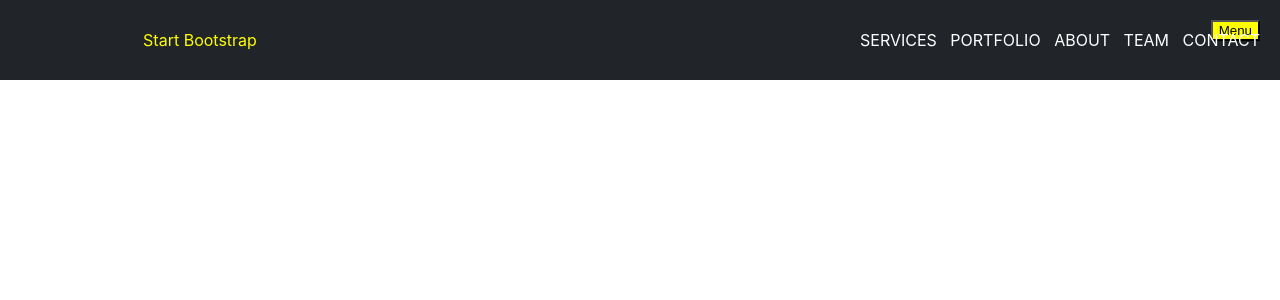
Repository: ooter37/media-queries-afternoon
Page: / (app in portfolio-clone/)
These files come from the project's save history. The page is drawn as it stood at one moment and after the next save; the edit follows.
The browser window is 1280 px wide. The pictures show the whole page.
The project was rebuilt for these pictures with package versions that can differ from the ones it lists, and the page was loaded fresh each time.

Above is the page before, as saved 2020-04-13 14:34:44.

### portfolio-clone/src/App.js
import React from 'react';
import './App.css';
import Banner from './Components/Banner'

function App() {
  return (
    <div className="App">
      <Banner />
    </div>
  );
}

export default App;

### portfolio-clone/src/App.css
body {
  width: 100vw;
}

.header {
  width: 100%;
  height: 80px;
  background-color: #212529;
  position: fixed;
  top: 0;
  right: 0;
  left: 0;
}

header > div {
  height: 100%;
  width: 100vw;
  max-width: 1000px;
  padding: 0 20px;
  margin: 0 auto;
  display: flex;
  justify-content: space-between;
  align-items: center;
}
.menu-button {
  background-color: yellow;
  position: fixed;
  top: 20px;
  right: 20px;
}

.buttons {
  width: 400px;
	display: flex;
	flex-direction: row;
	justify-content: space-between;
  align-items: center;
  position: fixed;
  top: 30px;
  right: 20px;
  color: white;
  font-weight: 400;
}
.buttons-background {
  width: 100vw;
  height: 400px;
}

.start-bootstrap {
  width: 400px;
  display: flex;
  justify-content: center;
  position: fixed;
  top: 30px;
  left: 0px;
  color: yellow;
}

@media screen and (max-width: 991px) {
  .buttons-background {
    background-color: #212529;
  }
  .buttons {
    flex-direction: column;
    align-items: baseline;
    justify-content: space-around;
    min-width: 300px;
    height: 150px;
    left: 147px;
    top: 50px;

  }

}

### portfolio-clone/src/Components/Banner.js
import React from "react";

export default class Banner extends React.Component {
  constructor() {
    super();
    this.state = {
      hideSidebar: false,
    };
  }

  toggleSidebar() {
    this.setState((prev) => {
      return {
        hideSidebar: !prev.hideSidebar,
      };
    });
  }
  render() {
    return (
      <header className="header">
        <div>
          <div className="start-bootstrap">Start Bootstrap</div>
            <button className="menu-button" onClick={() => this.toggleSidebar()}>Menu</button>
          <nav className={this.state.toggleSidebar ? "navbar" : ""}>
            <div className='buttons-background'>
                <div className="buttons">
                <div>SERVICES</div>
                <div>PORTFOLIO</div>
                <div>ABOUT</div>
                <div>TEAM</div>
                <div>CONTACT</div>
                </div>
            </div>
          </nav>
        </div>
      </header>
    );
  }
}

Loaded but not shown: portfolio-clone/public/index.html (common file); portfolio-clone/src/index.js (common file); portfolio-clone/src/index.css (common file); portfolio-clone/src/serviceWorker.js (common file)

After the next save:
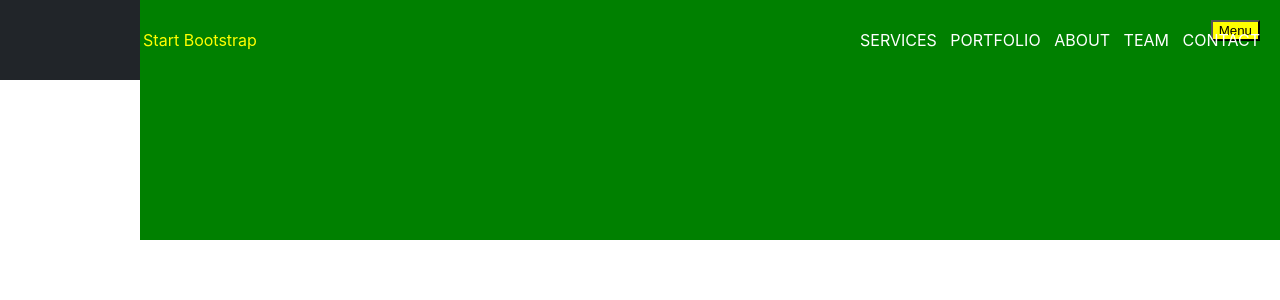
Saved 72 s later.
--- a/portfolio-clone/src/App.css
+++ b/portfolio-clone/src/App.css
@@ -22,6 +22,9 @@ header > div {
   justify-content: space-between;
   align-items: center;
 }
+
+
+
 .menu-button {
   background-color: yellow;
   position: fixed;
@@ -44,6 +47,11 @@ header > div {
 .buttons-background {
   width: 100vw;
   height: 400px;
+  min-width: 400px;
+  background-color: green;
+  justify-content: space-between;
+  align-items: center;
+  justify-content: space-evenly;
 }
 
 .start-bootstrap {
